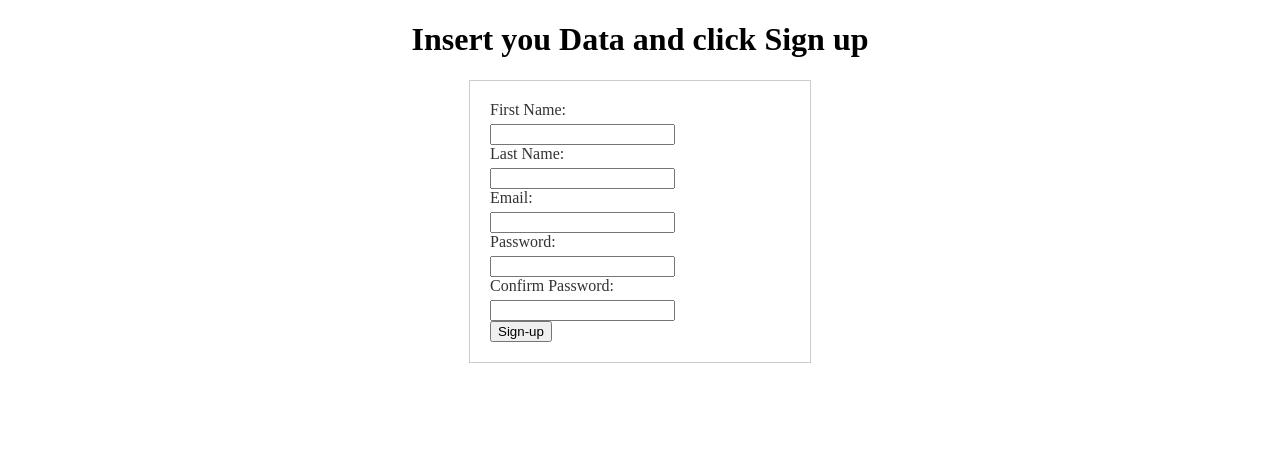
Repository: GiuuGpEEp/TerzoAnnoUni
Page: SAW/Esercizi/Form/Form.html
An editor plug-in stored every save of this project. The page is shown before and after the next save, followed by the edit.
The browser window is 1280 px wide. The pictures show the whole page.

Above is the page before, as saved 2024-11-18 22:38:17.

### SAW/Esercizi/Form/Form.html
<!DOCTYPE html>
<html lang="en">
    <head>
        <title>Form</title>
        <style>
            h1{
                text-align: center;
            }
            form{
                width: 300px; /* Larghezza del form */
                margin: 0 auto; /* Centra il form nella pagina */
                border: 1px solid #ccc; /* Bordino sottile */
                padding: 20px;
            }
            label {
                display: block;
                margin-bottom: 5px;
                color: #333; /* Blu scuro */
            }

        </style>
    </head>
    <body>
        <h1>Insert you Data and click Sign up</h1>
        <form action="registration.php" method="post">
            <div><label for="firstname">First Name:</label>
            <input type="text" name="firstname" id="firstname"></div>
            <div><label for="lastname">Last Name:</label>
            <input type="text" name="lastname" id="lastname"></div>
            <div><label for="email">Email:</label>
            <input type="email" name="email" id="email"></div>
            <div><label for="pass">Password:</label>
            <input type="password" name="pass" id="pass"></div>
            <div><label for="confirm">Confirm Password:</label>
            <input type="password" name="confirm" id="confirm"></div>
            <input type="submit" name="submit" value="Sign-up">
          </form>
    </body>

</html>

After the next save:
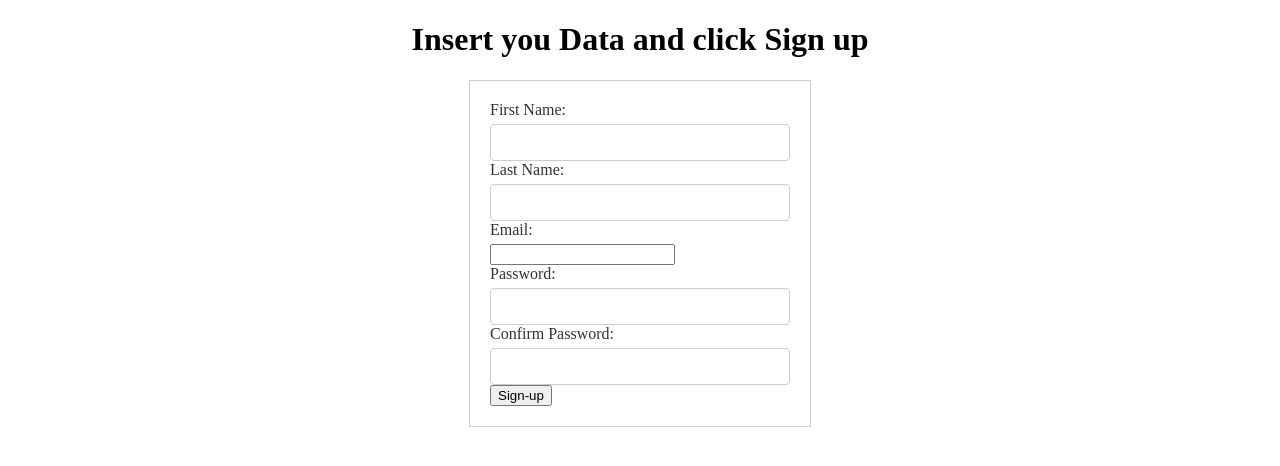
Saved 6 s later.
--- a/SAW/Esercizi/Form/Form.html
+++ b/SAW/Esercizi/Form/Form.html
@@ -17,7 +17,25 @@
                 margin-bottom: 5px;
                 color: #333; /* Blu scuro */
             }
+            input[type="text"],
+input[type="password"] {
+  width: 100%;
+  padding: 10px;
+  border: 1px solid #ccc;
+  border-radius: 4px;
+  box-sizing: border-box;
+ /* Include padding e border nella larghezza */
+  margin-bottom: 10px;
+}
 
+button[type="submit"] {
+  background-color: #4CAF50; /* Verde */
+  color: white;
+  padding: 10px 20px;
+  border: none;
+  border-radius: 4px;
+  cursor: pointer;
+}
         </style>
     </head>
     <body>
